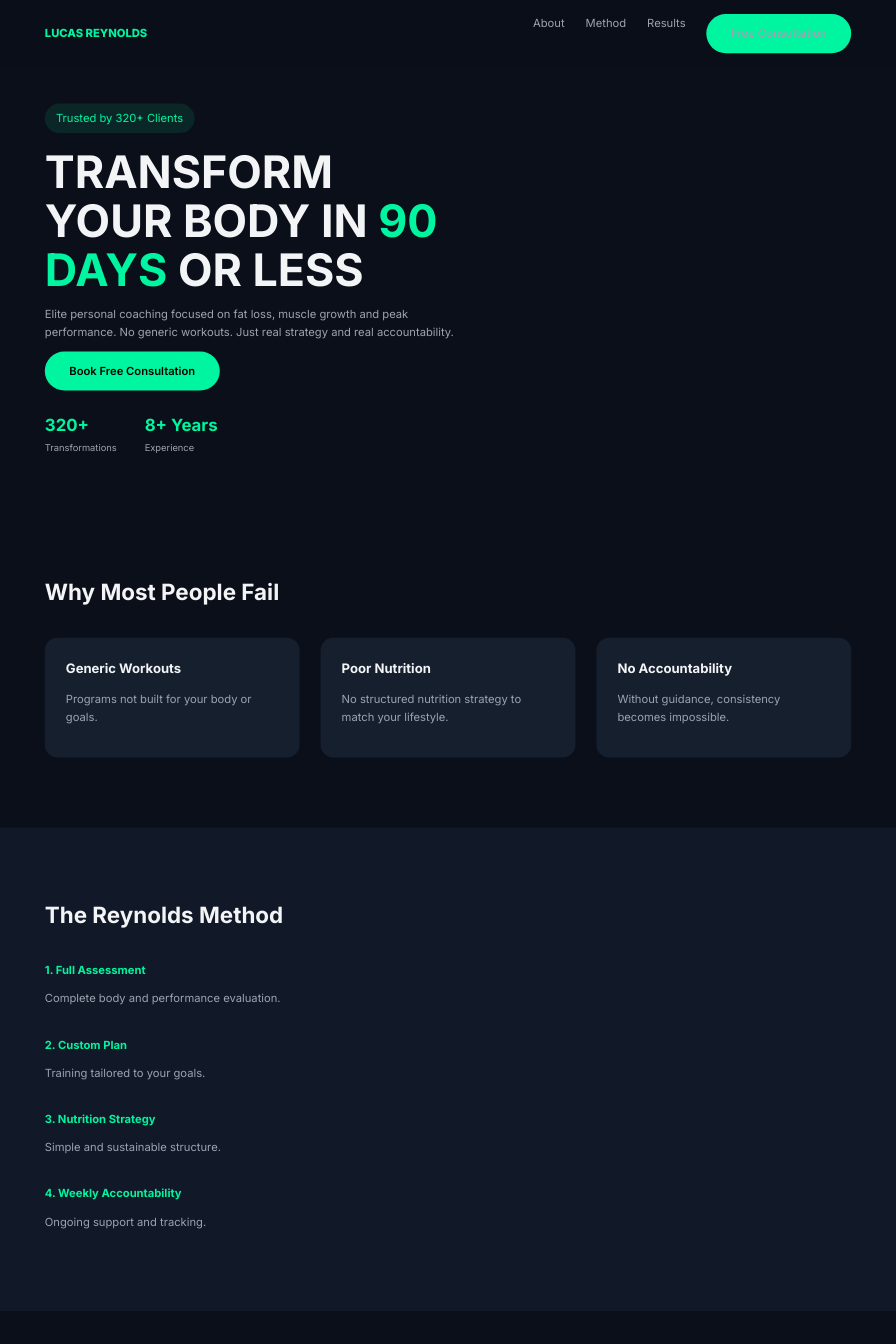
Repository: davidfsillva/Landing-page-pro
Page: index.html
These files come from the project's save history. The page is drawn as it stood at one moment and after a run of saves; the edit follows.
The browser window is 1280 px wide. The pictures show the part of the page from y = 0 to 1920 px (the page is 3002 px tall), at 70% of full size.

Above is the page before, as saved 2026-02-25 18:49:00.

After the next 3 saves:
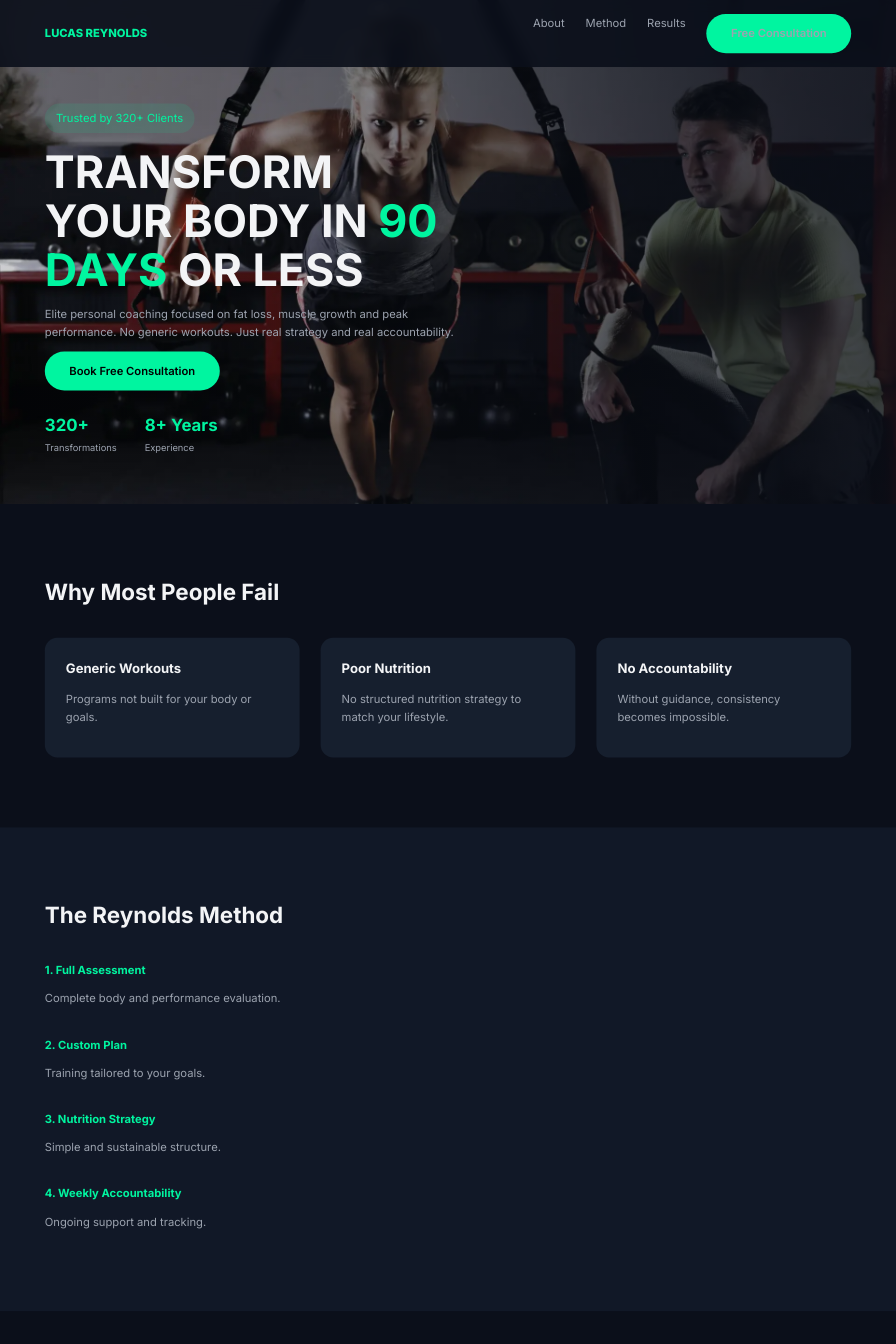
The 3 saves are shown as one change because they came seconds apart.
The last was saved 8 s later.
--- a/style.css
+++ b/style.css
@@ -126,7 +126,7 @@ p {
     height: 100vh;
     display: flex;
     align-items: center;
-    background: url('https://') center right/cover no-repeat;
+    background: url('img/hero.webp') center right/cover no-repeat;
     position: relative;
     padding-top: 80px;
 }
